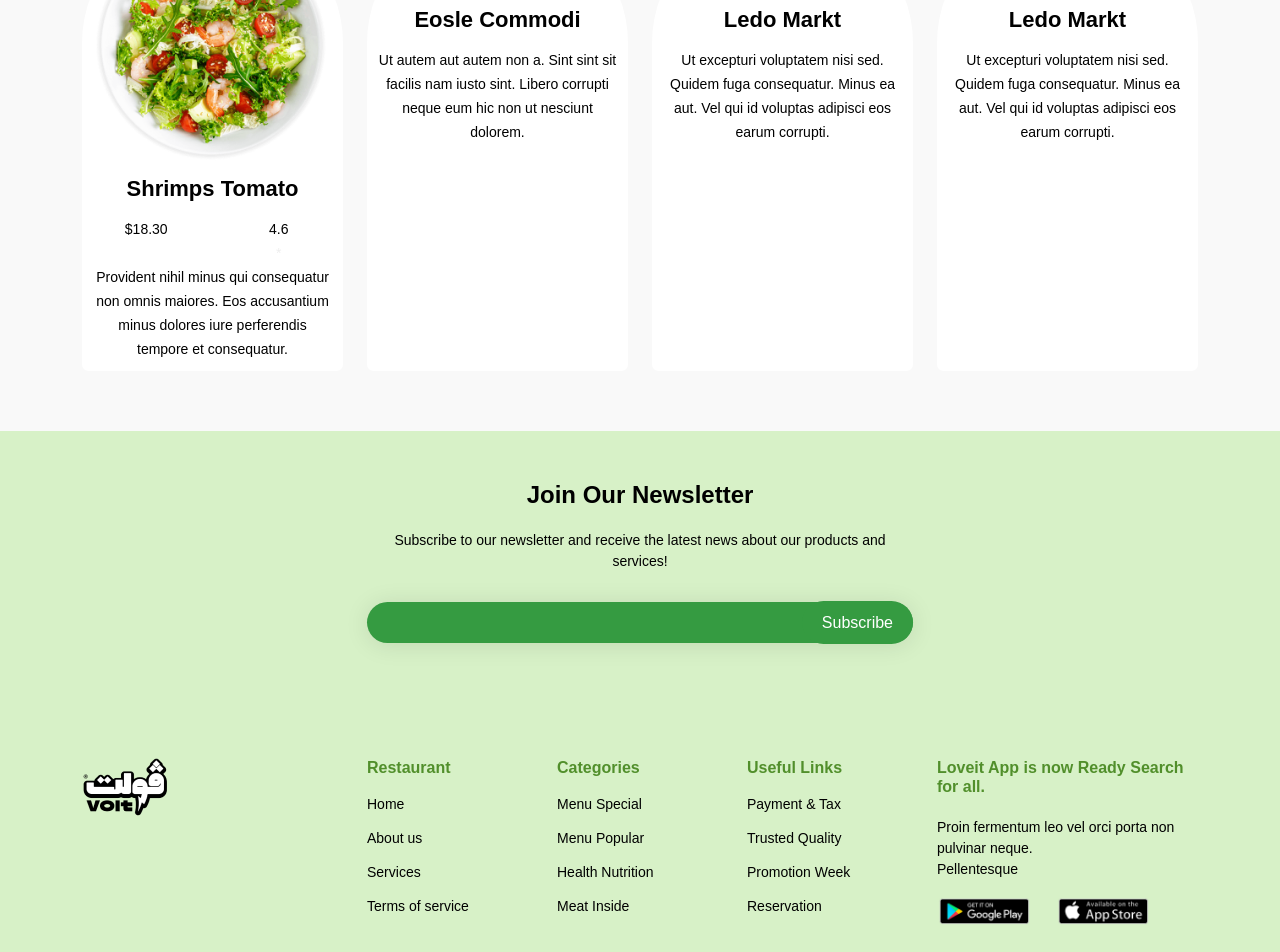
Repository: junivig/volt-new-project
Page: index.html
An editor plug-in stored every save of this project. The page is shown before and after the next save, followed by the edit.
The browser window is 1280 px wide. The pictures show the part of the page from y = 2131 to 3083 px (the page is 3150 px tall before and 3186 px after).

Above is the page before, as saved 2025-01-30 12:29:48.

### index.html
<!DOCTYPE html>
<html lang="en">

<head>
  <meta charset="utf-8">
  <meta content="width=device-width, initial-scale=1.0" name="viewport">
  <title>index - Voltfood</title>
  <meta name="description" content="">
  <meta name="keywords" content="">

  <!-- Favicons -->
  <link href="assets/img/favicon.png" rel="icon">
  <link href="assets/img/apple-touch-icon.png" rel="apple-touch-icon">

  <!-- Fonts -->
  <link href="https://fonts.googleapis.com" rel="preconnect">
  <link href="https://fonts.gstatic.com" rel="preconnect" crossorigin>
  <link href="https://fonts.googleapis.com/css2?family=Roboto:ital,wght@0,100;0,300;0,400;0,500;0,700;0,900;1,100;1,300;1,400;1,500;1,700;1,900&family=Raleway:ital,wght@0,100;0,200;0,300;0,400;0,500;0,600;0,700;0,800;0,900;1,100;1,200;1,300;1,400;1,500;1,600;1,700;1,800;1,900&family=Ubuntu:ital,wght@0,300;0,400;0,500;0,700;1,300;1,400;1,500;1,700&display=swap" rel="stylesheet">

  <!-- Vendor CSS Files -->
  <link href="assets/vendor/bootstrap/css/bootstrap.min.css" rel="stylesheet">
  <link href="assets/vendor/bootstrap-icons/bootstrap-icons.css" rel="stylesheet">
  <link href="assets/vendor/aos/aos.css" rel="stylesheet">
  <link href="assets/vendor/glightbox/css/glightbox.min.css" rel="stylesheet">
  <link href="assets/vendor/swiper/swiper-bundle.min.css" rel="stylesheet">

  <!-- Main CSS File -->
  <link href="assets/css/main.css" rel="stylesheet">

  <!-- =======================================================
  * Template Name: eNno
  * Template URL: https://bootstrapmade.com/enno-free-simple-bootstrap-template/
  * Updated: Aug 07 2024 with Bootstrap v5.3.3
  * Author: BootstrapMade.com
  * License: https://bootstrapmade.com/license/
  ======================================================== -->
</head>

<body class="index-page">

  <header id="header" class="header ">
    <div class="container-fluid  top-header">
      <div class="container-xl">
          <div class="row align-items-center">
              <div class="col-md-8 d-flex align-items-center">
                <nav id="navmenu" class="navmenu">
                  <ul>
                <li class="">
                  <img src="assets/img/location-icon.png" alt="Location Icon" class="icon-right">
                  <span class="top-header-text">Address, Fox 99 Roving St, Big City PKU</span>
              </li>
                <li class="">
                  <img src="assets/img/email-icon.png" alt="Email Icon" class="icon-right">
                  <span class="top-header-text">hello@awesomesite.com</span>
              </li>
              <li class="">
                <img src="assets/img/phone-icon.png" alt="Phone Icon" class="icon-right">
                <span class="top-header-text">+123-234-1234</span>
            </li>
                  </ul>
                </nav>
              </div>
              <div class="col-md-4 text-end">
                  <a href="#" >Register</a>
                  <a href="#">Login</a>
              </div>
          </div>
        </div>
  </div>
    <div class="container-fluid container-xl position-relative d-flex align-items-center">

      <a href="index.html" class="logo d-flex align-items-center me-auto">

        <img src="assets/img/logo.png" alt="Logo Image">
      </a>

      <nav id="navmenu" class="navmenu">
        <ul>
          <li><a href="#hero" class="active">HOMEPAGE</a></li>
          <li><a href="#about">ABOUT US</a></li>
          <li><a href="#services">MENU</a></li>
          <li><a href="#portfolio">MY ACCOUNT</a></li>
          <li><a href="#team">MY CART</a></li>
          <!-- <li class="dropdown"><a href="#"><span>Dropdown</span> <i class="bi bi-chevron-down toggle-dropdown"></i></a>
            <ul>
              <li><a href="#">Dropdown 1</a></li>
              <li class="dropdown"><a href="#"><span>Deep Dropdown</span> <i class="bi bi-chevron-down toggle-dropdown"></i></a>
                <ul>
                  <li><a href="#">Deep Dropdown 1</a></li>
                  <li><a href="#">Deep Dropdown 2</a></li>
                  <li><a href="#">Deep Dropdown 3</a></li>
                  <li><a href="#">Deep Dropdown 4</a></li>
                  <li><a href="#">Deep Dropdown 5</a></li>
                </ul>
              </li>
              <li><a href="#">Dropdown 2</a></li>
              <li><a href="#">Dropdown 3</a></li>
              <li><a href="#">Dropdown 4</a></li>
            </ul>
          </li> -->
        </ul>
        <i class="mobile-nav-toggle d-xl-none bi bi-list"></i>
      </nav>

      <!-- <a class="btn-getstarted" href="index.html#about">Get Started</a> -->

    </div>
  </header>

  <main class="main">

    <!-- Hero Section -->
    <section id="hero" class="hero section bg-image">

      <div class="container">
        <div class="row ">
          <div class="col-lg-6 order-2 order-lg-1 d-flex flex-column justify-content-center" data-aos="fade-up">
            <h1>Discover Food Taste Our <span class="secondary-color">Best</span> Healthy & Tasty.</h1>
            <p>Discover food taste our best integer enim neque volutpat ac morbi
              enim faucibus amet consectetur adipiscing tempus pharetra.</p>
            <div class="d-flex">
              <a href="#about" class="btn-get-started">DISCOVER NOW</a>
              <a href="https://www.youtube.com/watch?v=Y7f98aduVJ8" class="glightbox btn-watch-video d-flex align-items-center"><i class="bi bi-play-circle"></i></a>
            </div>
          </div>
          <div class="col-lg-6 order-1 order-lg-2 hero-img" data-aos="zoom-out" data-aos-delay="100">
            <img src="assets/img/hero-img.png" class="img-fluid " alt="">
          </div>
        </div>
      </div>

    </section><!-- /Hero Section -->

   <!-- Featured Services Section -->
   <section id="featured-services" class="featured-services section ">

    <div class="container">

      <div class="row gy-4">

        <div class="col-lg-4 d-flex" data-aos="fade-up" data-aos-delay="100">
          <div class="service-item position-relative">
            <div class="row">
              <div class="col-lg-6 col-md-6 col-sm-6">
                <p class="features-text">UP TO 35%</p>
                <h4 class="features-heading mt-3">Vegetable & Benefit</h4>
                <div class="icon"><img src="assets/img/button-icon.png" alt="Location Icon" class="icon-right">
                  <span class="features-button-text">READ MORE</span>
                </div>
              </div>
              <div class="col-lg-6 col-md-6 col-sm-6">
                <img src="assets/img/feature-icon-one.png" class="img-fluid " alt="">
              </div>
            </div>
          </div>
        </div><!-- End Service Item -->

        <div class="col-lg-4 d-flex" data-aos="fade-up" data-aos-delay="200">
          <div class="service-item-two position-relative">
            <div class="row">
              <div class="col-lg-6 col-md-6 col-sm-6">
                <p class="features-text">ORGANIC FARM</p>
                <h4 class="features-heading mt-3">Change Fruit Plan</h4>
                <div class="icon"><img src="assets/img/button-icon.png" alt="Location Icon" class="icon-right">
                  <span class="features-button-text">READ MORE</span>
                </div>
              </div>
              <div class="col-lg-6 col-md-6 col-sm-6">
                <img src="assets/img/feature-icon-two.png" class="img-fluid " alt="">
              </div>
            </div>
          </div>
        </div><!-- End Service Item -->

        <div class="col-lg-4 d-flex" data-aos="fade-up" data-aos-delay="300">
          <div class="service-item-three position-relative">
            <div class="row">
              <div class="col-lg-6 col-md-6 col-sm-6">
                <p class="features-text">MEAT TIME</p>
                <h4 class="features-heading mt-3">Totally Meat Inside</h4>
                <div class="icon"><img src="assets/img/button-icon.png" alt="Location Icon" class="icon-right">
                  <span class="features-button-text">READ MORE</span>
                </div>
              </div>
              <div class="col-lg-6 col-md-6 col-sm-6">
                <img src="assets/img/feature-icon-three.png" class="img-fluid " alt="">
              </div>
            </div>
          </div>
        </div><!-- End Service Item -->

      </div>

    </div>

    <div class="container mt-5 inner-features">
      <div class="row gy-4">
        <div class="col-lg-3 d-flex" data-aos="fade-up" data-aos-delay="100">
          <div class="service-item-inner position-relative">
            <div class="row">
              <div class="col-lg-3 col-md-3 col-sm-3">
                <img src="assets/img/inner-features-icon-one.png" class="img-fluid " alt="">
                </div>
              <div class="col-lg-9 col-md-9 col-sm-9">
                <h4 class="features-inner-heading">Organic Farm</h4>
                <p class="features-inner-text">Product Fresh Veggies</p>
              </div>
            </div>
          </div>
        </div><!-- End Service Item -->

        <div class="col-lg-3 d-flex" data-aos="fade-up" data-aos-delay="200">
          <div class="service-item-inner-two position-relative">
            <div class="row">
              <div class="col-lg-3 col-md-3 col-sm-3">
                <img src="assets/img/inner-features-icon-two.png" class="img-fluid " alt="">
                </div>
              <div class="col-lg-9 col-md-9 col-sm-9">
                <h4 class="features-inner-heading-two">Free Delivery</h4>
                <p class="features-inner-text-two">Fast Delivery Order</p>
              </div>
            </div>
          </div>
        </div><!-- End Service Item -->

        <div class="col-lg-3 d-flex" data-aos="fade-up" data-aos-delay="300">
          <div class="service-item-inner-two position-relative">
            <div class="row">
              <div class="col-lg-3 col-md-3 col-sm-3">
                <img src="assets/img/inner-features-icon-three.png" class="img-fluid " alt="">
                </div>
              <div class="col-lg-9 col-md-9 col-sm-9">
                <h4 class="features-inner-heading-two">Promotion Week</h4>
                <p class="features-inner-text-two">Promotion and Discount</p>
              </div>
            </div>
          </div>
        </div><!-- End Service Item -->

        <div class="col-lg-3 d-flex" data-aos="fade-up" data-aos-delay="300">
          <div class="service-item-inner-two position-relative">
            <div class="row">
              <div class="col-lg-3 col-md-3 col-sm-3">
                <img src="assets/img/inner-features-icon-four.png" class="img-fluid " alt="">
                </div>
              <div class="col-lg-9 col-md-9 col-sm-9">
                <h4 class="features-inner-heading-two">Trusted & Quality</h4>
                <p class="features-inner-text-two">Best Quality Restaurant</p>
              </div>
            </div>
          </div>
        </div><!-- End Service Item -->

      </div>

    </div>

  </section>
  <!-- /Featured Services Section -->

     <!-- About Section -->
     <section id="about" class="about section bg-image">
      <div class="container">
        <div class="row ">
          <div class="col-lg-6 " data-aos="zoom-out" data-aos-delay="100">
            <img src="assets/img/about.png" class="img-fluid " alt="">
          </div>
          <div class="col-lg-6 order-2 order-lg-1 d-flex flex-column justify-content-center" data-aos="fade-up">
            <h4 class="about-us-text">About Us</h4>
            <h1>The Best Enjoyable Place Around You.</h1>
            <p>We are the best quality elementum integer enim neque volutpat ac. Morbi
              enim nunc faucibus a. Amet consectetur adipiscing elit duis tempus pharetra.</p>

              <span class="about-inner-text">Massa placerat duis ultricies lacus sed turpis tincidunt id. Interdum varius sit amet
                mattis  enim. Quis hendrerit dolor magna eget est lorem ipsum dolor. Sagittis scelerisque
                purus semper eget duis. Viverra maecenas accumsan lacus vel facilisis volutpat est.
                Ultricies lacus sed turpis tincidunt id aliquet risus feugiat in. Adipiscing elit duis tristique
                sollicitudin nibh sit. Porttitor lacus luctus accumsan tortor.</span>
            <div class="d-flex">
               <!-- Stats Section -->
    <section id="stats" class="stats section">
      <div class="container" data-aos="fade-up" data-aos-delay="100">
        <div class="row gy-4">
          <div class="col-lg-4 col-md-4 col-sm-4">
            <div class="stats-item">
              <span data-purecounter-start="0" data-purecounter-end="108" data-purecounter-duration="1" class="purecounter"></span><span>+</span>
              <p>EXPERT CHEF</p>
            </div>
          </div><!-- End Stats Item -->

          <div class="col-lg-4 col-md-4 col-sm-4">
            <div class="stats-item">
              <span data-purecounter-start="0" data-purecounter-end="140" data-purecounter-duration="1" class="purecounter"></span><span>+</span>
              <p>MENU OF FOOD</p>
            </div>
          </div><!-- End Stats Item -->

          <div class="col-lg-4 col-md-4 col-sm-4">
            <div class="stats-item">
              <span data-purecounter-start="0" data-purecounter-end="3200" data-purecounter-duration="1" class="purecounter"></span><span>+</span>
              <p>ORDER DELIVERED</p>
            </div>
          </div><!-- End Stats Item -->
        </div>

      </div>

    </section>

                </div>
            </div>
          </div>
        </div>
      </div>

    </section><!-- /About Section -->

        <!-- Services Section -->
        <section id="services" class="services section light-background">

          <!-- Section Title -->
          <div class="container section-title" data-aos="fade-up">
            <h4 class="about-us-text">Delicious Food</h4>
            <h2>Our Special Vegans Food.</h2>
          </div><!-- End Section Title -->

          <div class="container">
            <div class="row gy-4">
              <div class="col-lg-3 col-md-6" data-aos="fade-up" data-aos-delay="100">
                <div class="service-item position-relative">
                  <div class="">
                    <img src="assets/img/menu-one.png" class="img-fluid " alt="">
                  </div>
                  <a href="service-details.html" class="stretched-link">
                    <h3>Shrimps Tomato</h3>
                  </a>
                  <div class="row">
                    <div class="col-6">
                      <p>$18.30</p>
                    </div>
                    <div class="col-6">
                      <p>4.6</p>
                      <p class="star">*</p>
                    </div>
                  </div>
                  <p>Provident nihil minus qui consequatur non omnis maiores. Eos accusantium minus dolores iure perferendis tempore et consequatur.</p>
                </div>
              </div><!-- End Service Item -->

              <div class="col-lg-3 col-md-6" data-aos="fade-up" data-aos-delay="200">
                <div class="service-item position-relative">
                  <div class="icon">
                    <i class="bi bi-broadcast"></i>
                  </div>
                  <a href="service-details.html" class="stretched-link">
                    <h3>Eosle Commodi</h3>
                  </a>
                  <p>Ut autem aut autem non a. Sint sint sit facilis nam iusto sint. Libero corrupti neque eum hic non ut nesciunt dolorem.</p>
                </div>
              </div><!-- End Service Item -->

              <div class="col-lg-3 col-md-6" data-aos="fade-up" data-aos-delay="300">
                <div class="service-item position-relative">
                  <div class="icon">
                    <i class="bi bi-easel"></i>
                  </div>
                  <a href="service-details.html" class="stretched-link">
                    <h3>Ledo Markt</h3>
                  </a>
                  <p>Ut excepturi voluptatem nisi sed. Quidem fuga consequatur. Minus ea aut. Vel qui id voluptas adipisci eos earum corrupti.</p>
                </div>
              </div><!-- End Service Item -->

              <div class="col-lg-3 col-md-6" data-aos="fade-up" data-aos-delay="300">
                <div class="service-item position-relative">
                  <div class="icon">
                    <i class="bi bi-easel"></i>
                  </div>
                  <a href="service-details.html" class="stretched-link">
                    <h3>Ledo Markt</h3>
                  </a>
                  <p>Ut excepturi voluptatem nisi sed. Quidem fuga consequatur. Minus ea aut. Vel qui id voluptas adipisci eos earum corrupti.</p>
                </div>
              </div><!-- End Service Item -->

            </div>

          </div>

        </section><!-- /Services Section -->

  </main>

  <footer id="footer" class="footer">

    <div class="footer-newsletter">
      <div class="container">
        <div class="row justify-content-center text-center">
          <div class="col-lg-6">
            <h4>Join Our Newsletter</h4>
            <p>Subscribe to our newsletter and receive the latest news about our products and services!</p>
            <form action="forms/newsletter.php" method="post" class="php-email-form">
              <div class="newsletter-form"><input type="email" name="email"><input type="submit" value="Subscribe"></div>
              <div class="loading">Loading</div>
              <div class="error-message"></div>
              <div class="sent-message">Your subscription request has been sent. Thank you!</div>
            </form>
          </div>
        </div>
      </div>
    </div>

    <div class="container footer-top">
      <div class="row gy-4">
        <div class="col-lg-3 col-md-6 footer-about">
          <a href="index.html" class="logo d-flex align-items-center me-auto">
            <img src="assets/img/logo.png" alt="Logo Image">
          </a>

        </div>

        <div class="col-lg-2 col-md-3 footer-links">
          <h4 class="footer-pages-heading">Restaurant</h4>
          <ul>
            <li> <a href="#">Home</a></li>
            <li> <a href="#">About us</a></li>
            <li> <a href="#">Services</a></li>
            <li> <a href="#">Terms of service</a></li>
          </ul>
        </div>

        <div class="col-lg-2 col-md-3 footer-links">
          <h4 class="footer-pages-heading">Categories</h4>
          <ul>
            <li> <a href="#">Menu Special</a></li>
            <li> <a href="#">Menu Popular</a></li>
            <li> <a href="#">Health Nutrition</a></li>
            <li> <a href="#">Meat Inside</a></li>
          </ul>
        </div>
        <div class="col-lg-2 col-md-3 footer-links">
          <h4 class="footer-pages-heading">Useful Links</h4>
          <ul>
            <li> <a href="#">Payment & Tax</a></li>
            <li> <a href="#">Trusted Quality</a></li>
            <li> <a href="#">Promotion Week</a></li>
            <li> <a href="#">Reservation</a></li>
          </ul>
        </div>

        <div class="col-lg-3 col-md-12">
          <h4 class="footer-pages-heading">Loveit App is now Ready Search for all.</h4>
          <p>Proin fermentum leo vel orci porta non pulvinar neque. <br> Pellentesque</p>
          <div class="row">
            <div class="col-lg-5 col-md-6 col-sm-12">
              <img src="assets/img/android.png" alt="Google Play Image" class="mobile-app-image">
           </div>
           <div class="col-lg-5 col-md-6 col-sm-12">
            <img src="assets/img/apple.png" alt="Apple Store Image" class="mobile-app-image">
         </div>
        </div>

      </div>
    </div>
    </div>
    <div class="row copyright mt-4">
      <div class="row">
      <div class="col-lg-6 col-md-12 col-sm-12">
        <p class="mt-2">© 2025<span>Copyright All Rights Reserved</span></p>
      </div>
      <div class="col-lg-3 col-md-12 col-md-12">
      </div>
      <div class="col-lg-3 col-md-12 col-md-12 social-media-icons">
        <div class="social-links d-flex text-end">
          <a href=""><img src="assets/img/facebook.png" alt="Logo Image"></a>
          <a href=""><img src="assets/img/twitter.png" alt="Logo Image"></a>
          <a href=""><img src="assets/img/linkedin.png" alt="Logo Image"></i></a>
          <a href=""><img src="assets/img/youtube.png" alt="Logo Image"></i></a>
        </div>
      </div>
      </div>
    </div>
  </footer>

  <!-- Scroll Top -->
  <a href="#" id="scroll-top" class="scroll-top d-flex align-items-center justify-content-center"><i class="bi bi-arrow-up-short"></i></a>

  <!-- Preloader -->
  <div id="preloader"></div>

  <!-- Vendor JS Files -->
  <script src="assets/vendor/bootstrap/js/bootstrap.bundle.min.js"></script>
  <script src="assets/vendor/php-email-form/validate.js"></script>
  <script src="assets/vendor/aos/aos.js"></script>
  <script src="assets/vendor/glightbox/js/glightbox.min.js"></script>
  <script src="assets/vendor/purecounter/purecounter_vanilla.js"></script>
  <script src="assets/vendor/imagesloaded/imagesloaded.pkgd.min.js"></script>
  <script src="assets/vendor/isotope-layout/isotope.pkgd.min.js"></script>
  <script src="assets/vendor/swiper/swiper-bundle.min.js"></script>

  <!-- Main JS File -->
  <script src="assets/js/main.js"></script>

</body>

</html>

Loaded but not shown: assets/vendor/bootstrap/css/bootstrap.min.css (library); assets/vendor/bootstrap-icons/bootstrap-icons.css (library); assets/vendor/aos/aos.css (library); assets/vendor/glightbox/css/glightbox.min.css (library); assets/vendor/swiper/swiper-bundle.min.css (library); assets/vendor/bootstrap/js/bootstrap.bundle.min.js (library); assets/vendor/php-email-form/validate.js (common file); assets/vendor/aos/aos.js (library); assets/vendor/glightbox/js/glightbox.min.js (library); assets/vendor/purecounter/purecounter_vanilla.js (library); assets/vendor/imagesloaded/imagesloaded.pkgd.min.js (library); assets/vendor/isotope-layout/isotope.pkgd.min.js (library); assets/vendor/swiper/swiper-bundle.min.js (library); assets/js/main.js (209 lines, source omitted); assets/css/main.css (1984 lines, source omitted)

After the next save:
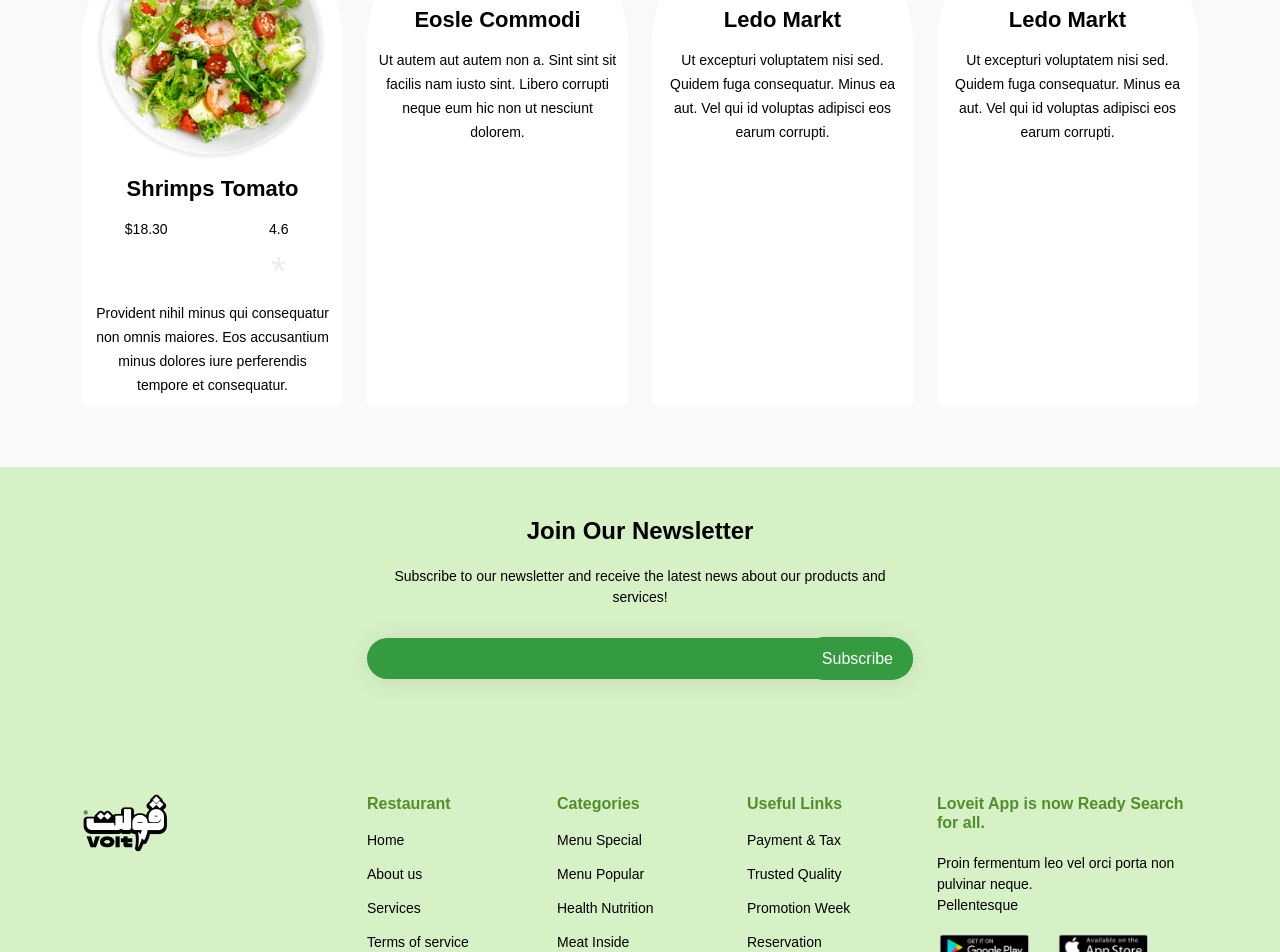
Saved 45 s later.
--- a/index.html
+++ b/index.html
@@ -340,7 +340,7 @@
                     </div>
                     <div class="col-6">
                       <p>4.6</p>
-                      <p class="star">*</p>
+                      <span class="star">*</span>
                     </div>
                   </div>
                   <p>Provident nihil minus qui consequatur non omnis maiores. Eos accusantium minus dolores iure perferendis tempore et consequatur.</p>
